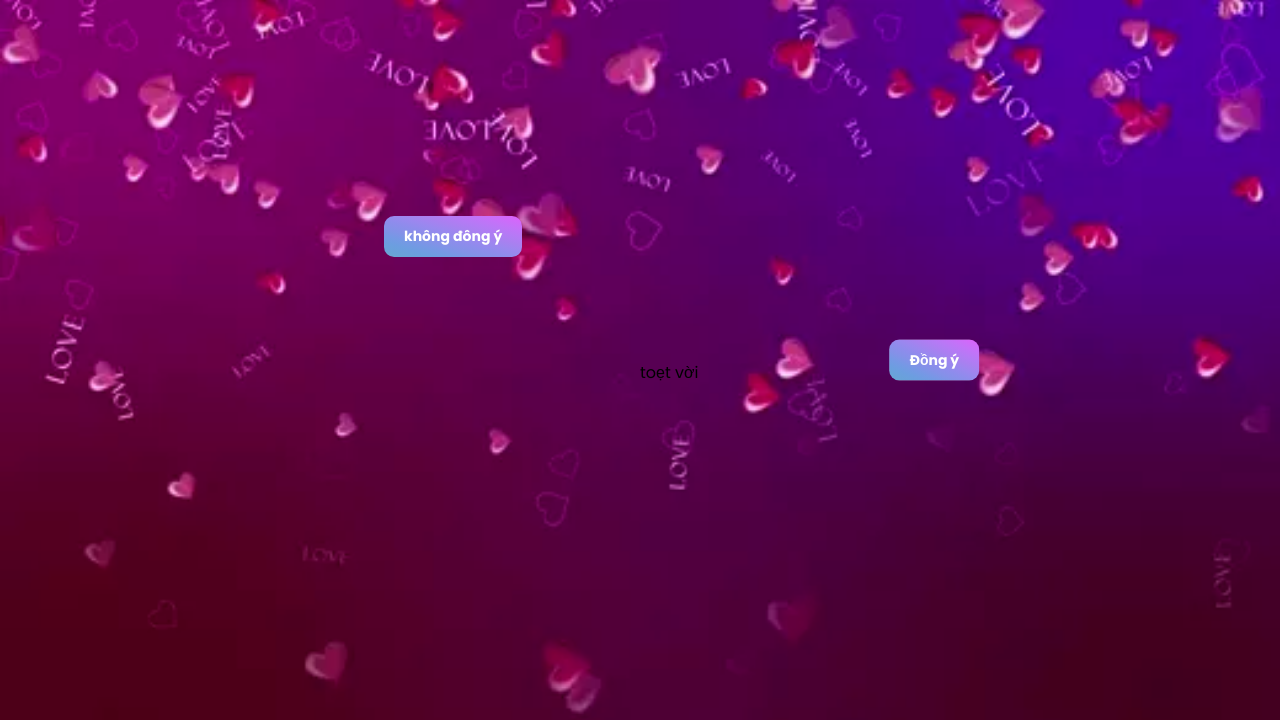
Repository: kuluong2000/love
Page: index.html
These files come from the project's save history. The page is drawn as it stood at one moment and after the next save; the edit follows.
The browser window is 1280 px wide. The pictures show the whole page.

Above is the page before, as saved 2022-06-04 22:24:57.

### index.html
<!DOCTYPE html>
<html lang="en">
  <head>
    <meta charset="UTF-8" />
    <meta http-equiv="X-UA-Compatible" content="IE=edge" />
    <meta name="viewport" content="width=device-width, initial-scale=1.0" />
    <link rel="stylesheet" href="app.css" />
    <title>Document</title>
  </head>
  <body>
    <div class="love">
      <button class="love-success btn">Đồng ý</button>
      <button class="love-fail btn">không đông ý</button>
    </div>
    <div class="box">toẹt vời</div>
    <script src="./app.js"></script>
  </body>
</html>

### app.css
@import url("https://fonts.googleapis.com/css2?family=Poppins:ital,wght@0,300;0,400;0,500;0,600;0,700;1,300;1,400;1,500;1,600;1,700&display=swap");
* {
  padding: 0;
  margin: 0;
  box-sizing: border-box;
}
body {
  font-family: "Poppins", sans-serif;
}
.love {
  position: relative;
  width: 100%;
  height: 100vh;
  background: url("./image/bg.webp") no-repeat center / cover;
}
.btn {
  display: inline-block;
  position: absolute;
  border: none;
  outline: none;
  cursor: pointer;
  padding: 10px 20px;
  border-radius: 10px;
  background-image: linear-gradient(to right top, #6ba6d1, #69a2d9, #6c9ee0, #7698e5, #8491e8, #8e8cec, #9b87ef, #a980f0, #b57af5, #c273f8, #d06afa, #df5ffb);
  color: white;
  font-size: 14px;
  font-family: "Poppins", sans-serif;
  font-weight: bold;
  transition: color 0.2s ease;
  overflow: hidden;
}

.btn::before {
  content: "";
  position: absolute;
  width: 0%;
  height: 100%;
  top: 0;
  right: 0;

  /* background-color: transparent; */
  transition: width 0.2s cubic-bezier(0.29, 0.18, 0.26, 0.83);
  background-image: linear-gradient(to right top, #6b74d1, #736ddb, #8065e3, #905ae8, #a34aeb, #b33ee4, #c12ddb, #ce12d2, #d508c1, #d808b0, #da12a1, #d91d93);

  z-index: -1;
}
.btn:hover::before {
  width: 100%;
  left: 0;
}
.love-success {
  right: 20%;
  top: 50%;
  transform: translate(-50%, -50%);
}
.love-fail {
  top: 30%;
  left: 30%;
  transform: translate(0);
}
.box {
  position: absolute;
  top: 50%;
  left: 50%;
  width: 300px;
  height: 200px;
  border-radius: 10px;
}

### app.js
let position = document.body.getBoundingClientRect();
let widthBody = position.width;
let height = position.height;

const btnFail = document.querySelector(".love-fail");
const btnSize = btnFail.offsetWidth;
btnFail.addEventListener("mouseenter", () => {
  btnFail.style.left = `${Math.random() * widthBody - btnSize}px`;
  if (btnFail.style.left < 0) {
    btnFail.style.left = "10px";
  }
  btnFail.style.top = `${Math.random() * height}px`;
  //   btnFail.style.left = `${Math.random() * widthBody}px`;
  //   btnFail.style.left = `${Math.random() * widthBody}px`;
});

After the next save:
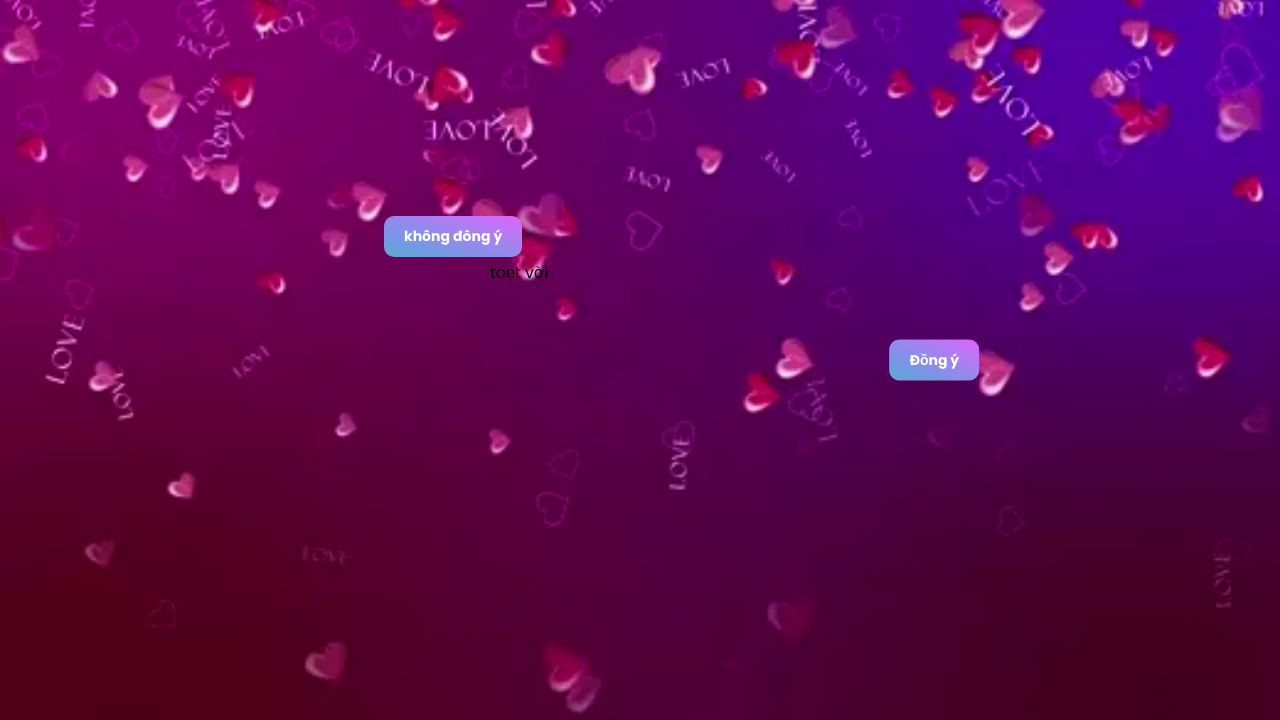
Saved 18 s later.
--- a/app.css
+++ b/app.css
@@ -65,4 +65,5 @@ body {
   width: 300px;
   height: 200px;
   border-radius: 10px;
+  transform: translate(-50%, -50%);
 }
